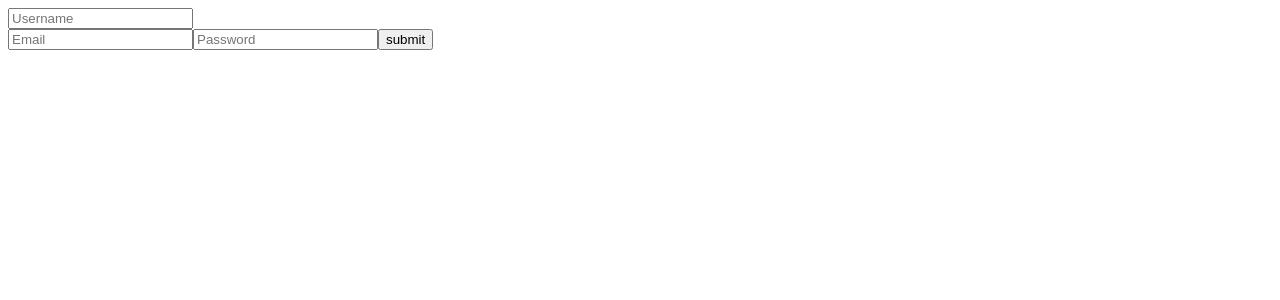
Repository: Ahmed123rezk123/Clinic
Page: index.html
An editor plug-in stored every save of this project. The page is shown before and after a run of saves, followed by the edit.
The browser window is 1280 px wide. The pictures show the whole page.
Empty fields were first filled with sample values (such as "Sample", 5 or name@example.com).
After loading, the first visible `button` was clicked once.
Some web fonts or font styles are not loaded; a fallback is used.

Above is the page before, as saved 2024-04-26 17:51:08.

After the next 5 saves:
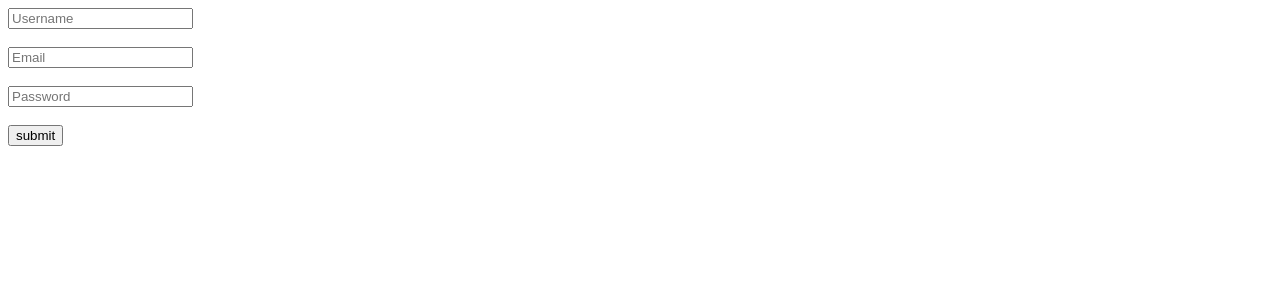
The 5 saves are shown as one change because they came seconds apart.
The last was saved 27 s later.
--- a/index.html
+++ b/index.html
@@ -21,10 +21,10 @@
   <script>
     function book(){
       document.write("<form>")
-        document.write("<input type=text placeholder=Username> <br/>")
-        document.write("<input type=email placeholder=Email>")
-        document.write("<input type=password placeholder=Password>")
-        document.write("<input type=submit value=submit>")
+        document.write("<input type=text placeholder=Username> <br/><br/>")
+        document.write("<input type=email placeholder=Email><br/><br/>")
+        document.write("<input type=password placeholder=Password><br/><br/>")
+        document.write("<input type=submit value=submit><br/>")
       document.write("</form>")
     }
   </script>
